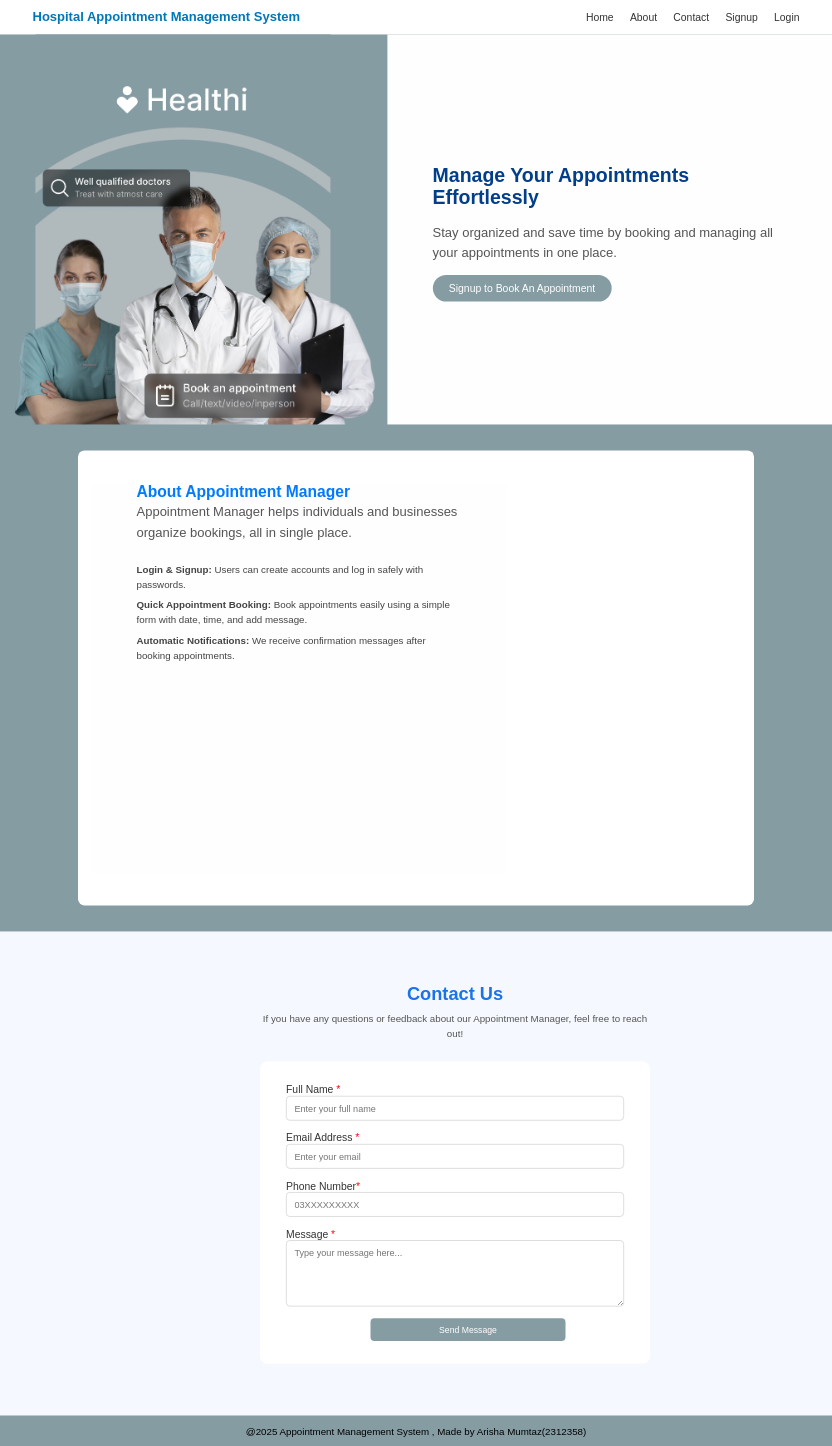
Repository: Arisha004/hospital-management-midterm-
Page: http://localhost/landingpage.html
The author's editor kept a copy of each file at every save. The page is drawn from the files as they stood at one save, then again after the next save.
The browser window is 1280 px wide. The pictures show the whole page, at 65% of full size.
The page is run by PHP 8.4 with error messages shown; the project is at /var/www/html/.

Above is the page before, as saved 2025-11-08 14:24:51.

After the next save:
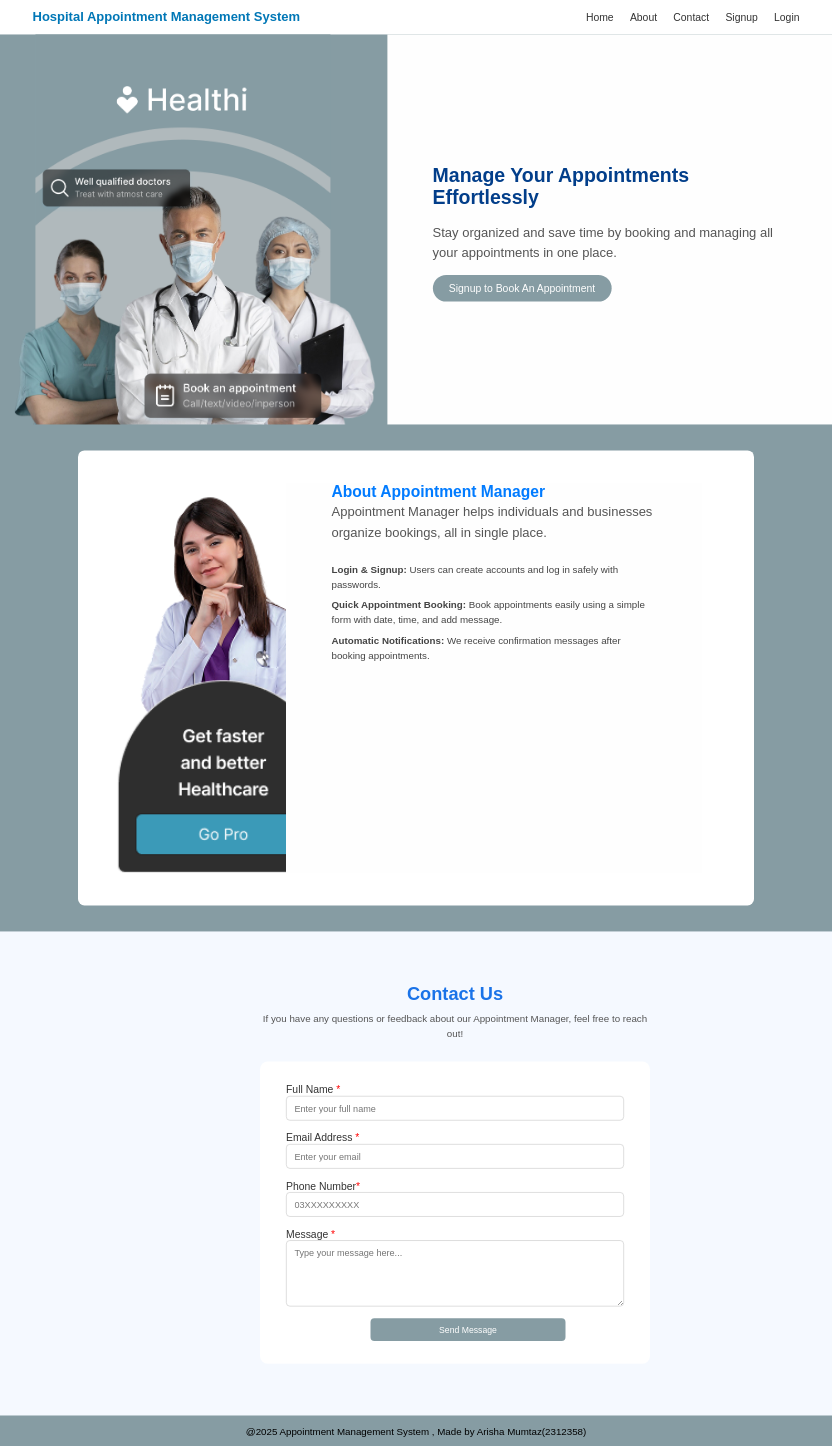
Saved 11 s later.
--- a/style.css
+++ b/style.css
@@ -341,7 +341,7 @@ footer {
 
 }
 .landing .rightabout {
-  width:auto;
+  width:300px;
   background:url(images/pic2.png);
   background-repeat: no-repeat;
   background-size: cover;
